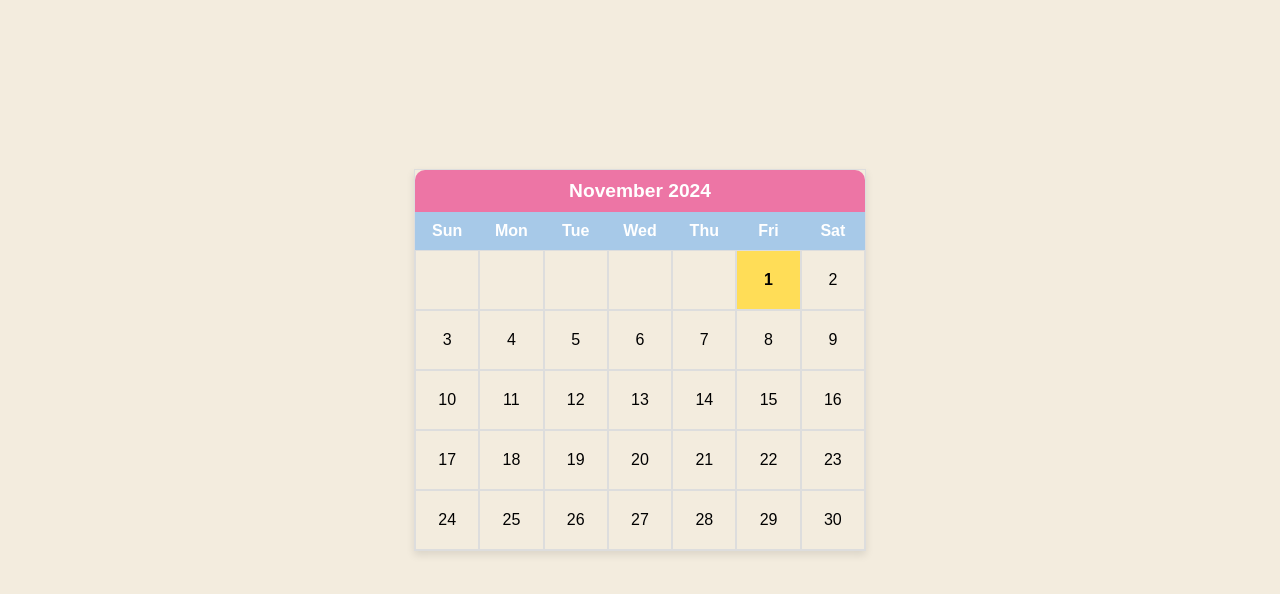
Repository: carrascokarencb37-afk/Nuura
Page: html/calendario.html
The author's editor kept a copy of each file at every save. The page is drawn from the files as they stood at one save, then again after the next save.
The browser window is 1280 px wide. The pictures show the whole page.

Above is the page before, as saved 2026-05-28 23:50:34.

After the next save:
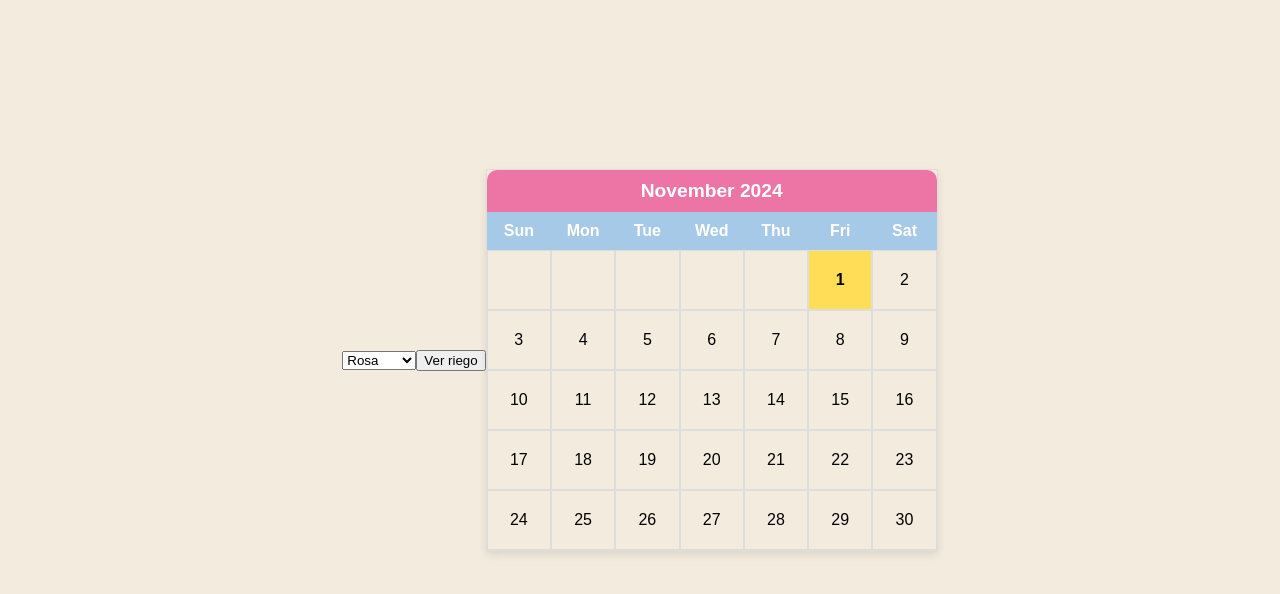
Saved 28 s later.
--- a/html/calendario.html
+++ b/html/calendario.html
@@ -7,6 +7,16 @@
     <link rel="stylesheet" href="../css/cale.css">
 </head>
 <body>
+
+    <select id="flor">
+  <option value="rosa">Rosa</option>
+  <option value="lavanda">Lavanda</option>
+  <option value="jazmin">Jazmín</option>
+</select>
+
+<button onclick="calcularRiego()">
+  Ver riego
+</button>
     <!-- Calendar Container -->
     <div class="calendar">
         <!-- Month and Year Header -->
